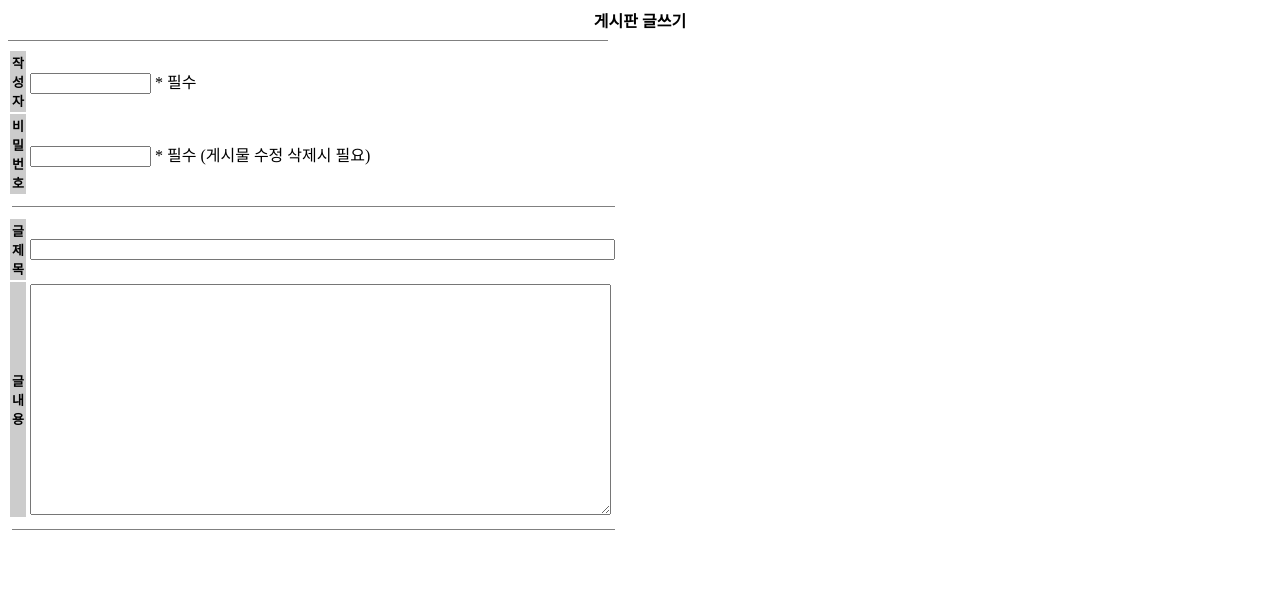
Repository: kalmia26/Capstone
Page: http://localhost/LectureSystem/write2.jsp
These files come from the project's save history. The page is drawn as it stood at one moment and after the next save; the edit follows.
The browser window is 1280 px wide. The pictures show the whole page.
The page is served by Tomcat 9. Other server files are loaded and not shown.

Above is the page before, as saved 2017-05-08 23:08:02.

### LectureSystem/WebContent/write2.jsp
<%@ page language="java" contentType="text/html; charset=EUC-KR"
    pageEncoding="EUC-KR"%>
<!DOCTYPE html PUBLIC "-//W3C//DTD HTML 4.01 Transitional//EN" "http://www.w3.org/TR/html4/loose.dtd">
<html>
<head>
<meta http-equiv="Content-Type" content="text/html; charset=EUC-KR">
<title>게시판</title>

<SCRIPT language="JavaScript">
function Check() {
	if(Write.name.value.length < 1) {
		alert("작성자를 입력하세요");
		Write.name.focus();
			return false;
	}
	if(Write.pass.value.length < 1) {
		alert("비밀번호를 입력하세요");
		Write.name.focus();
			return false;
	}

	if(Write.title.value.length < 1) {
		alert("제목을 입력하세요.");
		Write.write_title.focus();
			return false;
	}
	if(Write.contents.value.length < 1) {
		alert("글 내용을 입력하세요.");
		Write.content.focus();
			return false;
	}

Write.submit();
}
</SCRIPT>
</head>

<body>
<center> <font size='3'> <b> 게시판 글쓰기 </b></font></center>
<table border='0' width='600' cellpadding='0' cellspacing='0'>
	<tr>
		<td><hr size='1' noshade></td>
	</tr>
</table>

<form Name='write1' action="write_input.jsp" Method='post' onsubmit="return Check()">
	<table border='0' width='600' cellpadding='2' cellspacing='2'>
		<tr>
			<td width='100' bgcolor='cccccc'>
				<font size='2'><center><b>작성자</b></center></font>
			</td>
			<td>
				<p><input type='text' size='12' name='name'> * 필수 </p>
			</td>
		</tr>

		<tr>
			<td width='100' bgcolor='cccccc'>
				<font size='2'><center><b>비밀번호</b></center></font>
			</td>
			<td>
				<p><input type='text' size='12' name='pass'> * 필수 (게시물 수정 삭제시 필요)</p>
			</td>
		</tr>

		<tr>
			<td colspan='2'>
				<hr size='1' noshade>
			</td>
		</tr>

		<tr>
			<td width='100' bgcolor='cccccc'>
				<font size='2'><center><b>글 제목</b></center></font>
			</td>
			<td>
				<font size='2'><input type='text' size='70' maxlength='50' name='title'></font>
			</td>
		</tr>

		<tr>
			<td bgcolor='cccccc'>
				<font size='2'><center><b>글 내용</b></center></font>
			</td>
			<td>
				<font size='2'>
				<textarea cols='70' rows='15' rows='virtual' name='contents'></textarea></font>
			</td>
		</tr>

		<tr>
			<td colspan='2'>
				<hr size='1' noshade>
			</td>
		</tr>

		<tr>



	</table>

</form>

</body>
</html>

After the next save:
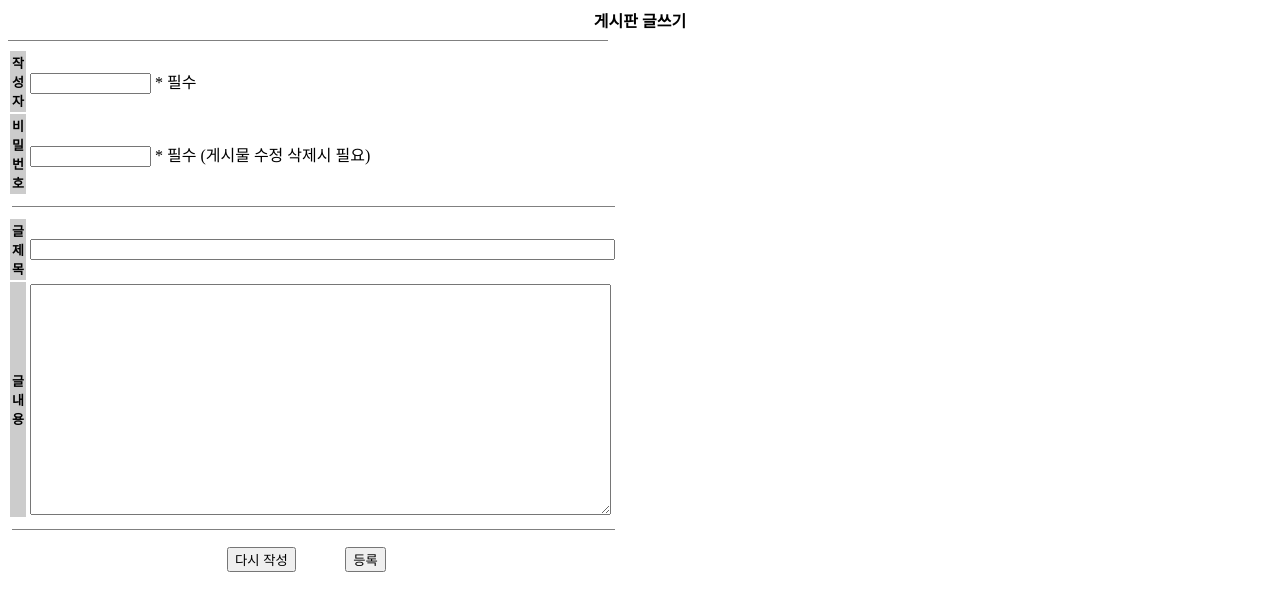
Saved 115 s later.
--- a/LectureSystem/WebContent/write2.jsp
+++ b/LectureSystem/WebContent/write2.jsp
@@ -95,8 +95,20 @@ Write.submit();
 		</tr>
 
 		<tr>
-
-
+			<td align='center' colspan='2' width='100%'>
+			<table>
+				<tr>
+					<td width='100' align='center'>
+						<input type='Reset' value='다시 작성'>
+					</td>
+					<td width='100' align='center'>
+						<input type='submit' value='등록'>
+					</td>
+				</tr>
+			</table>
+			</td>
+		</tr>
+	</table>
 
 	</table>
 
